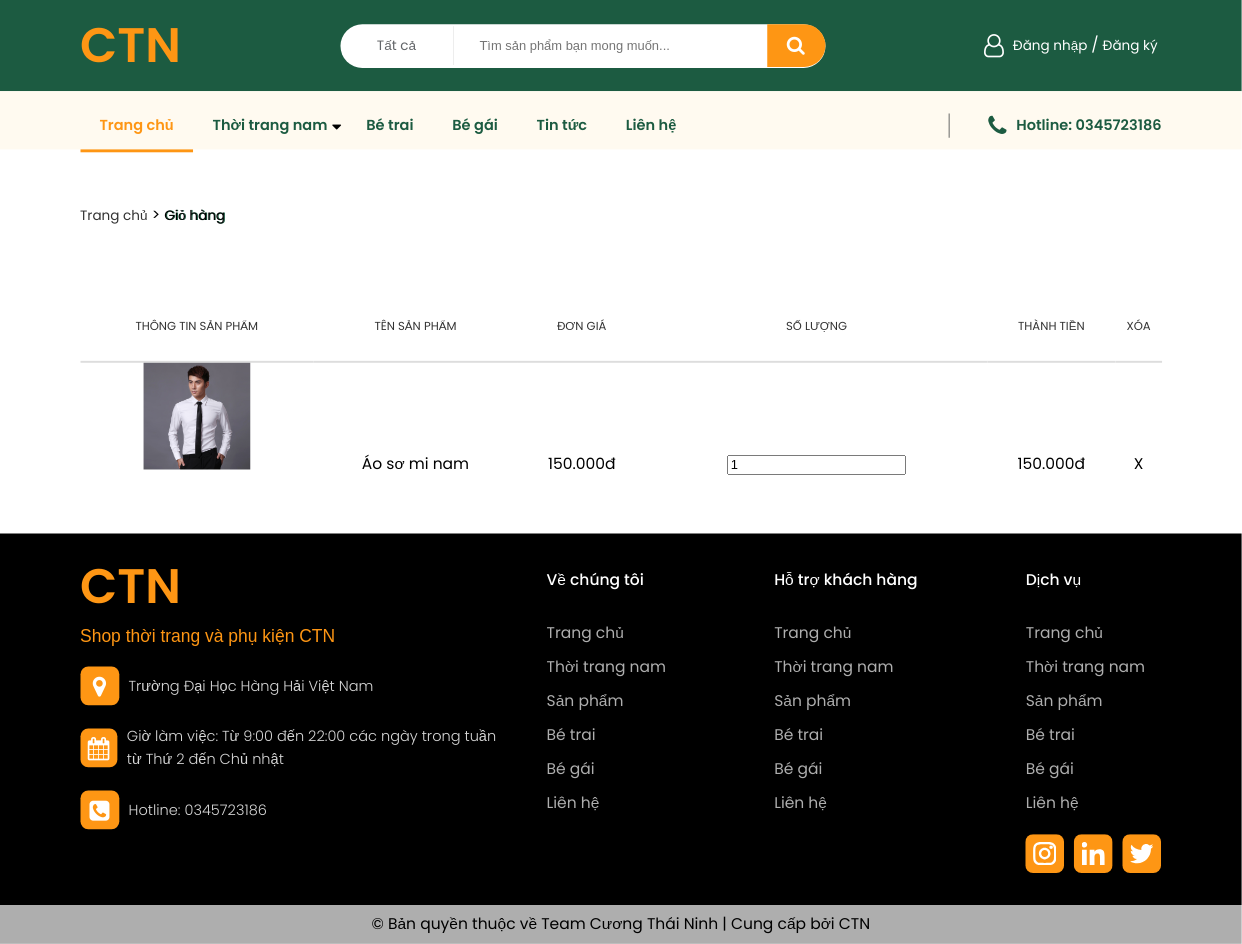
Repository: cuongchua2k2/BaiTapLon-web
Page: cart.html
These files come from the project's save history. The page is drawn as it stood at one moment and after a run of saves; the edit follows.
The browser window is 1280 px wide. The pictures show the whole page, at 97% of full size.

Above is the page before, as saved 2023-12-23 11:13:45.
Console error: TypeError: Cannot read properties of null (reading 'style')

After the next 2 saves:
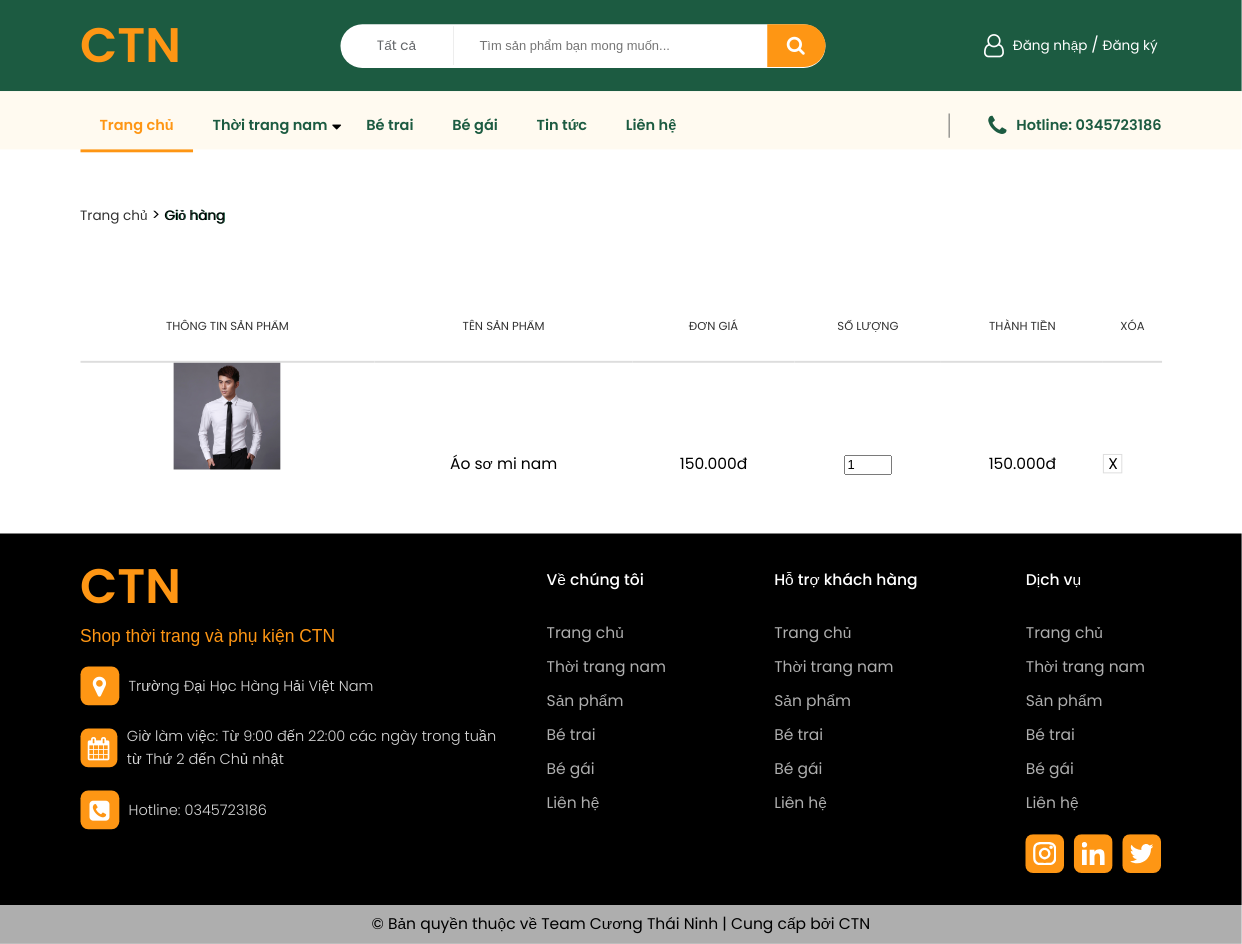
The 2 saves are shown as one change because they came seconds apart.
The last was saved 12 s later.
--- a/assets/css/style.css
+++ b/assets/css/style.css
@@ -740,15 +740,6 @@ label {
   text-align: center;
 }
 
-.cart__product {
-  /* display: flex;
-  align-items: center;
-  justify-content: space-around;
-  gap: 0 100px;
-} */
-.cart__product td {
-}
-
 .cart__product input {
   width: 50px;
 }
